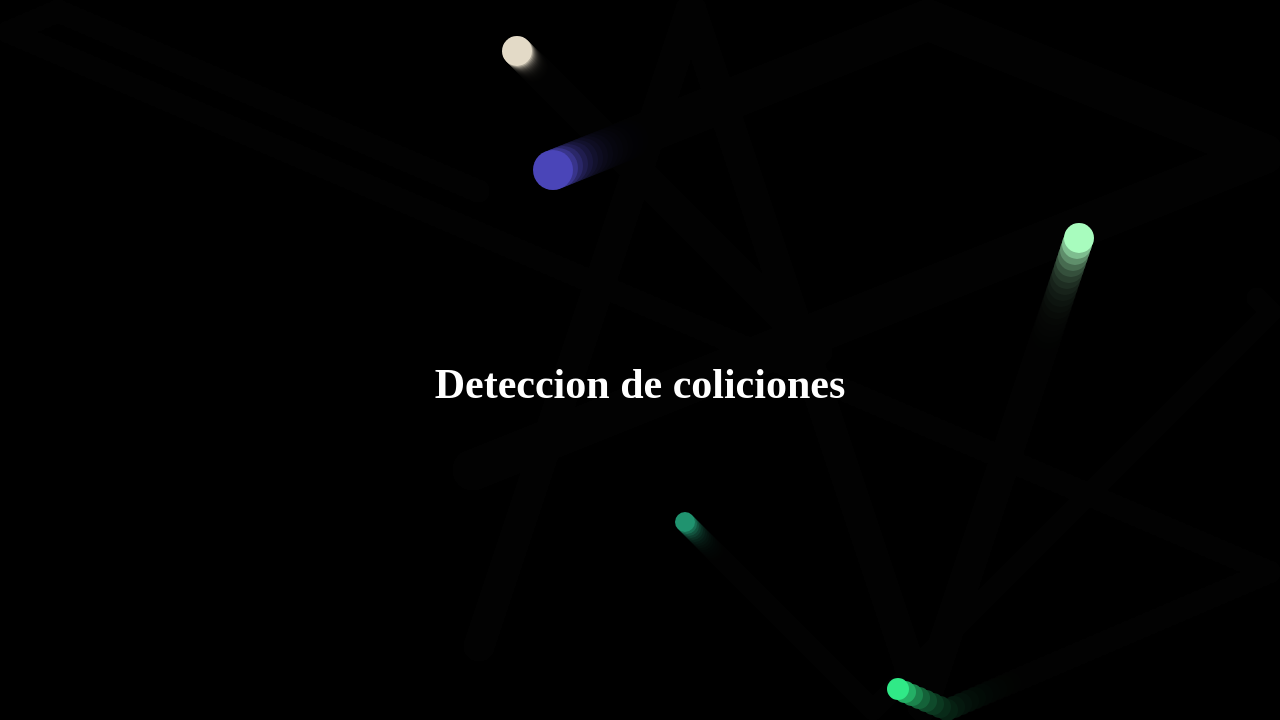
Repository: mvbri/Bouncing-Balls-Animation
Page: index.html
An editor plug-in stored every save of this project. The page is shown before and after the next save, followed by the edit.
The browser window is 1280 px wide. The pictures show the whole page.

Above is the page before, as saved 2023-01-16 20:04:04.

After the next save:
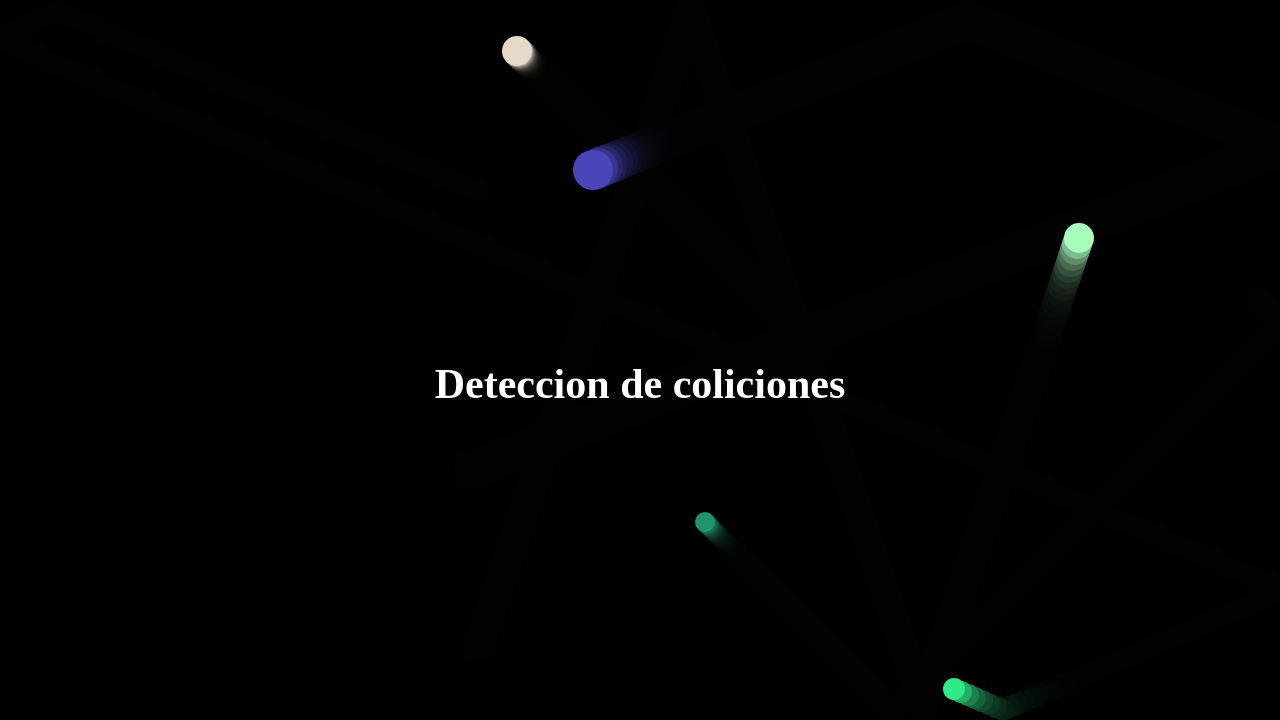
Saved 17 min 33 s later.
--- a/bouncingBalls.js
+++ b/bouncingBalls.js
@@ -42,8 +42,8 @@
 			ctx.fill();
 		}
 		update() {
-			if (this.x + this.size >= width) this.velx = -this.velx;
-			if (this.x - this.size <= 0) this.velx = -this.velx;
+			if (this.x >= width) this.velx = -this.velx;
+			if (this.x <= 0) this.velx = -this.velx;
 			if (this.y + this.size >= height) this.vely = -this.vely;
 			if (this.y - this.size <= 0) this.vely = -this.vely;
 

After the save that followed:
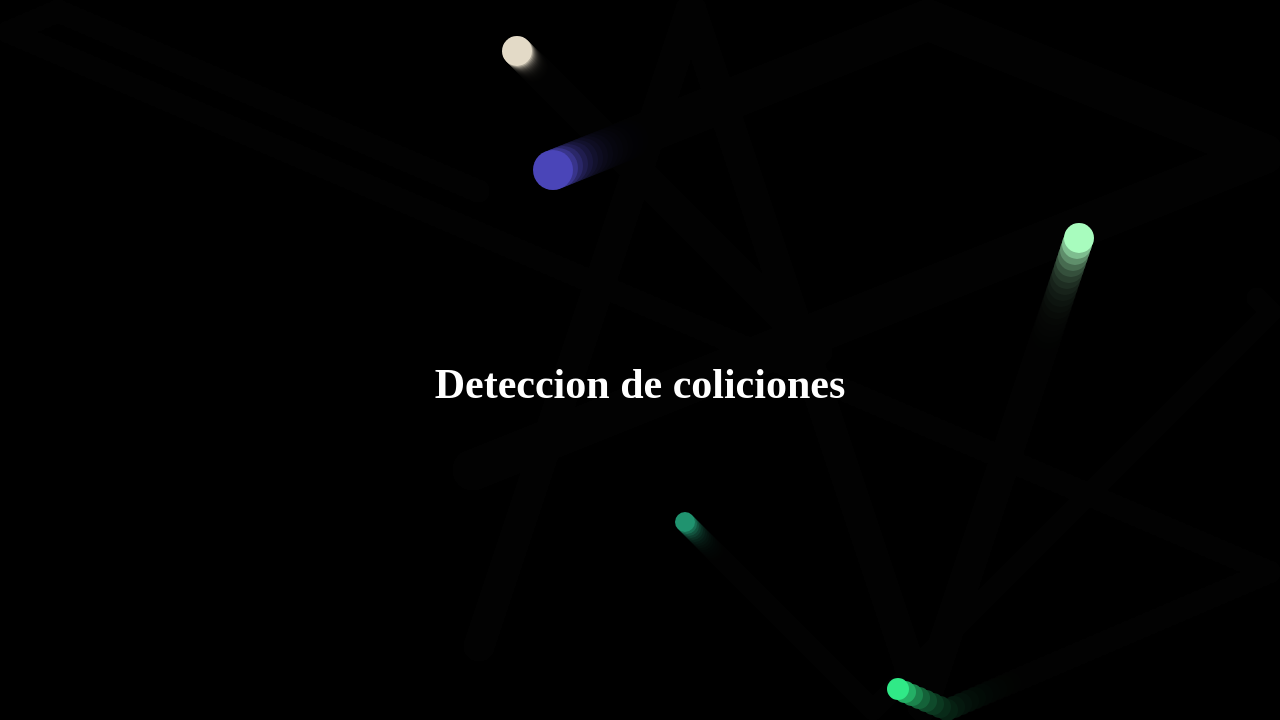
Saved 2 min 1 s later.
--- a/bouncingBalls.js
+++ b/bouncingBalls.js
@@ -42,8 +42,8 @@
 			ctx.fill();
 		}
 		update() {
-			if (this.x >= width) this.velx = -this.velx;
-			if (this.x <= 0) this.velx = -this.velx;
+			if (this.x + this.size >= width) this.velx = -this.velx;
+			if (this.x - this.size <= 0) this.velx = -this.velx;
 			if (this.y + this.size >= height) this.vely = -this.vely;
 			if (this.y - this.size <= 0) this.vely = -this.vely;
 
